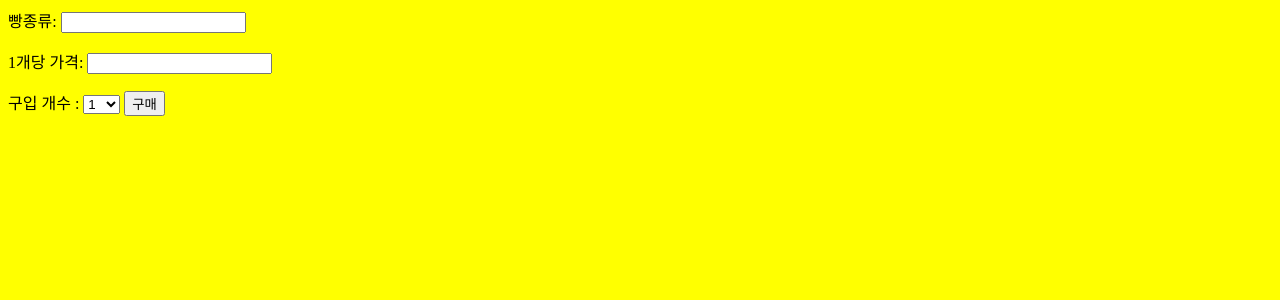
Repository: Hongjeongmin/university
Page: webprograming/test/test/WebContent/b.html
An editor plug-in stored every save of this project. The page is shown before and after the next save, followed by the edit.
The browser window is 1280 px wide. The pictures show the whole page.

Above is the page before, as saved 2018-09-17 01:48:46.

After the next save:
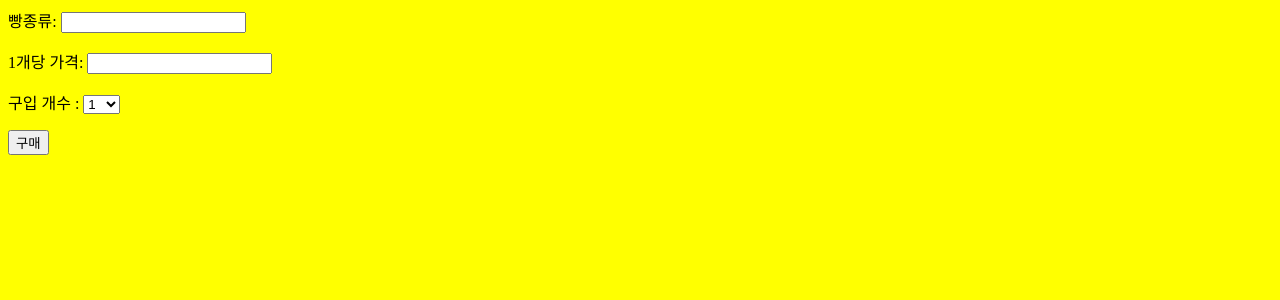
Saved 9 s later.
--- a/webprograming/test/test/WebContent/b.html
+++ b/webprograming/test/test/WebContent/b.html
@@ -17,6 +17,7 @@
 		<option>7</option><option>8</option>
 		<option>9</option><option>10</option>
 	</select>
+	<p>
 
 <input type="submit" value="구매"/>
 </form>
